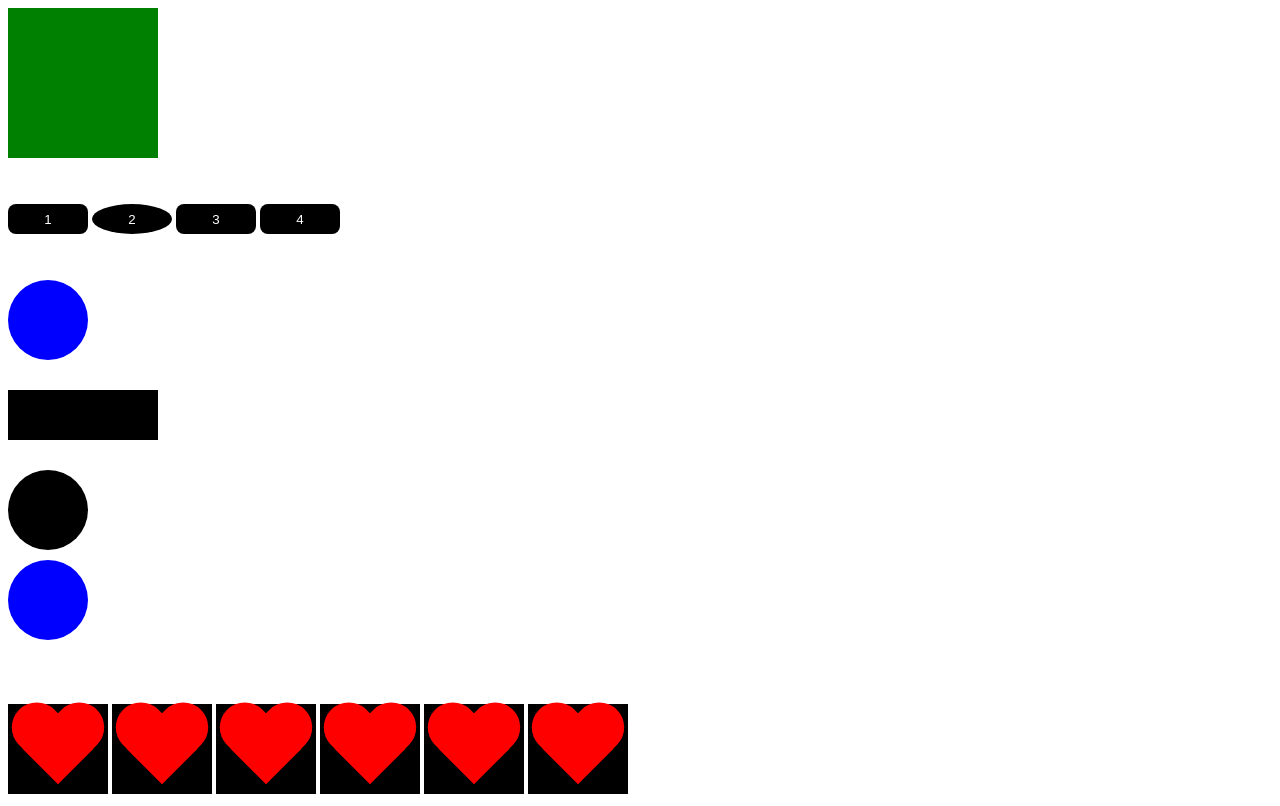
Repository: ivan151/jsudemy
Page: index.html
The author's editor kept a copy of each file at every save. The page is drawn from the files as they stood at one save, then again after the next save.
The browser window is 1280 px wide. The pictures show the whole page.

Above is the page before, as saved 2020-05-02 10:20:40.

After the next save:
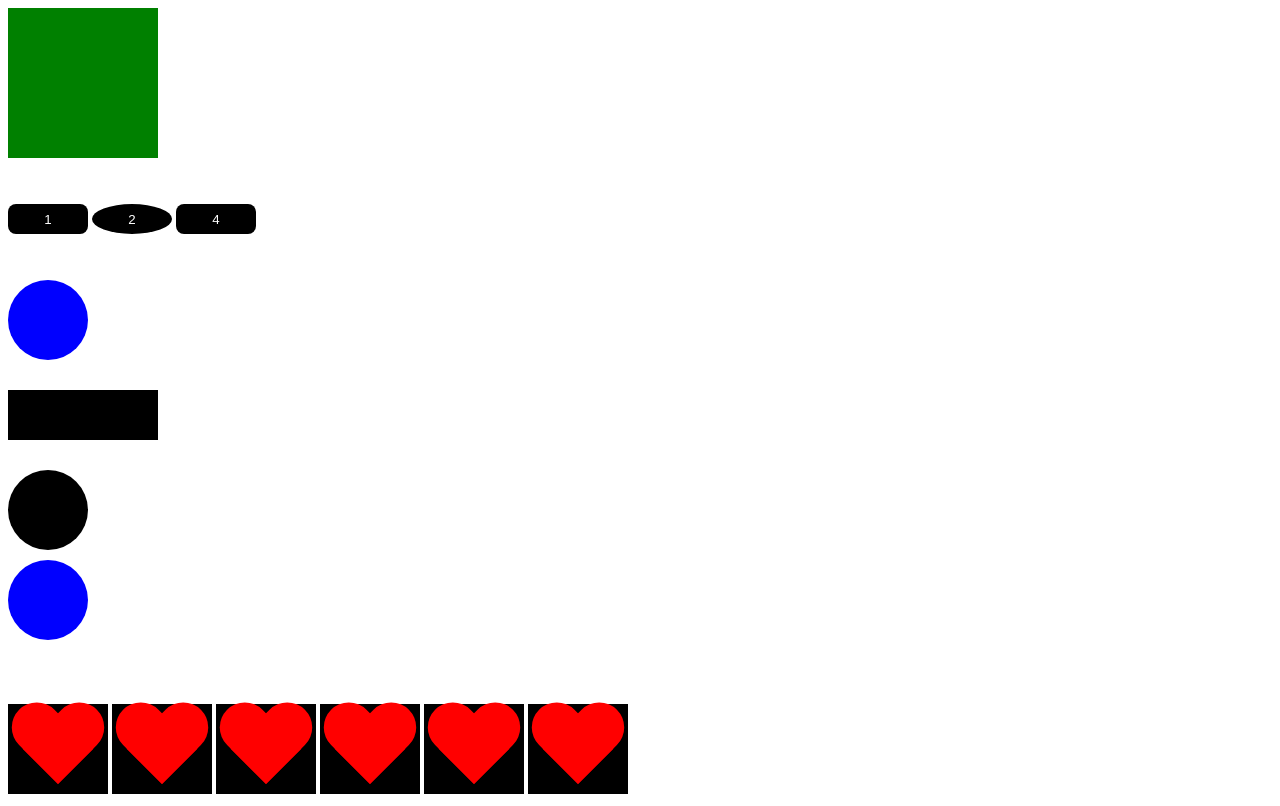
Saved 98 s later.
--- a/script.js
+++ b/script.js
@@ -28,3 +28,4 @@ div.classList.add('black');
 //wrapper.appendChild(div);
 
 document.body.insertBefore(div, circle[1]);
+document.body.removeChild(btn[2]);
